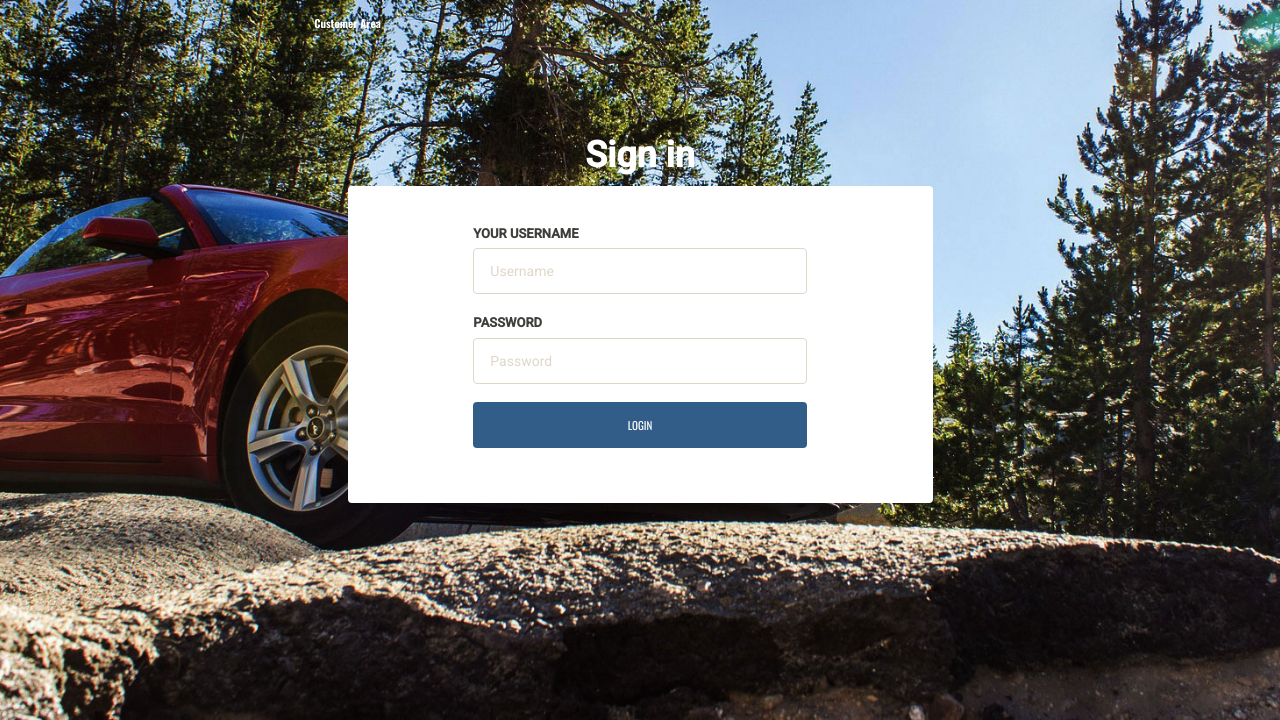
Repository: vincent254-hub/OCHMIS
Page: http://localhost/admin/
These files come from the project's save history. The page is drawn as it stood at one moment and after the next save; the edit follows.
The browser window is 1280 px wide. The pictures show the whole page.
The page is run by PHP 8.4 with error messages shown; the project is at /var/www/html/.

Above is the page before, as saved 2024-04-24 18:29:45.

After the next save:
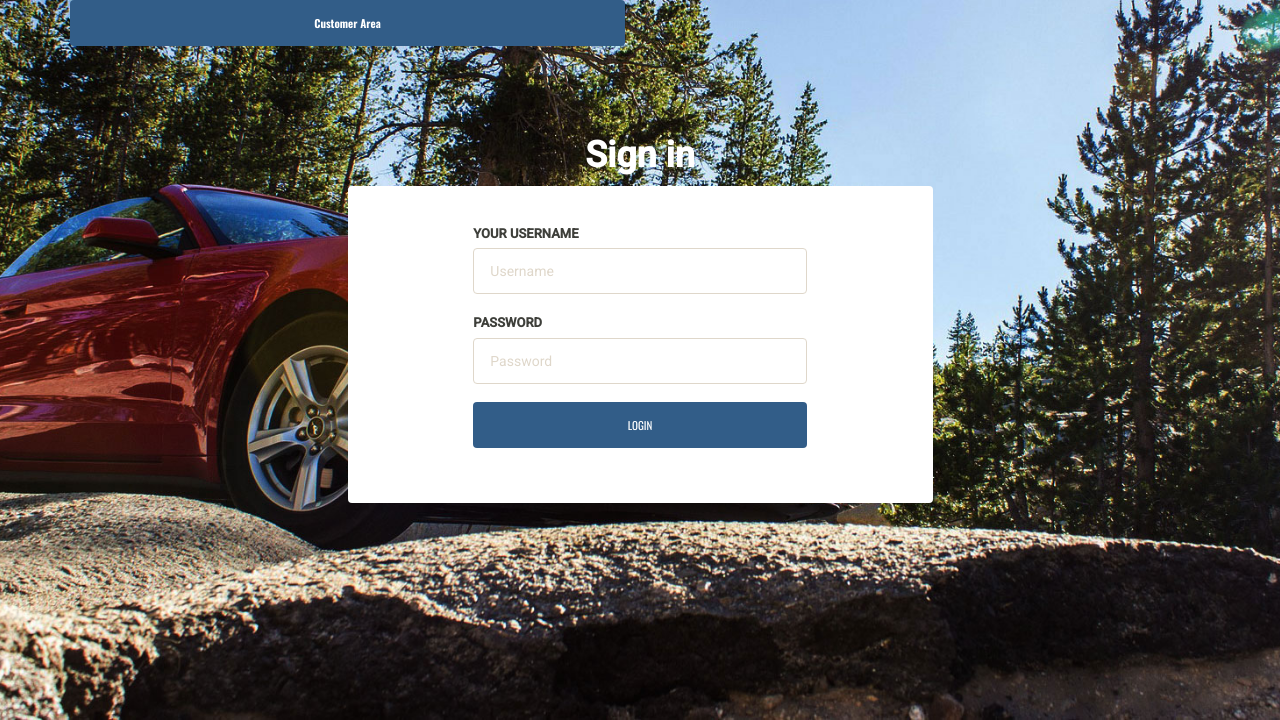
Saved 32 s later.
--- a/admin/index.php
+++ b/admin/index.php
@@ -52,7 +52,7 @@ echo "<script type='text/javascript'> document.location = 'dashboard.php'; </scr
 			<div class="container">
 				<div class="row">
 					<div class="col-md-6">
-						<a href="../index.php" class="text-light text-center text-bold mt-4 mx-auto btn btn-block">Customer Area</a>
+						<a href="../index.php" class="text-light text-center text-bold mt-4 mx-auto btn btn-block btn-primary">Customer Area</a>
 					</div>
 					<div class="col-md-6 col-md-offset-3">
 						<h1 class="text-center text-bold text-light mt-4x">Sign in</h1>
